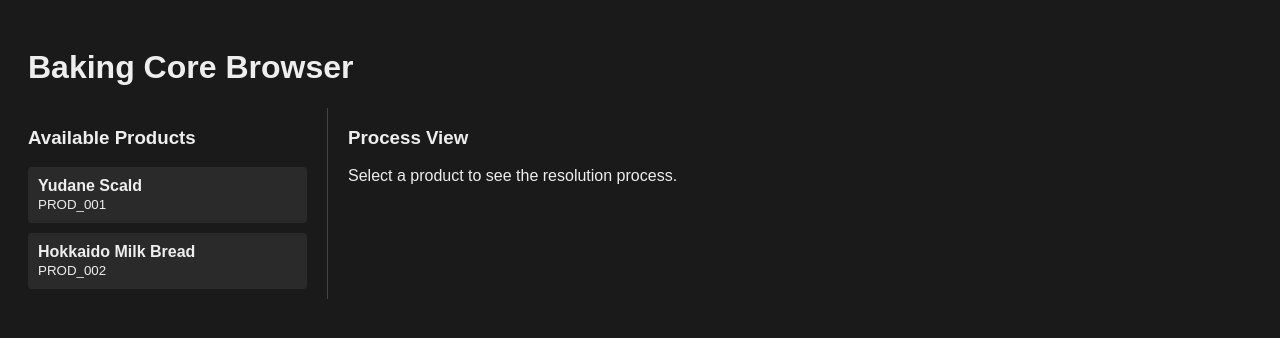
Repository: dkg11hu/baking-core
Page: index.html
The author's editor kept a copy of each file at every save. The page is drawn from the files as they stood at one save, then again after the next save.
The browser window is 1280 px wide. The pictures show the whole page.

Above is the page before, as saved 2026-01-01 19:23:04.

After the next save:
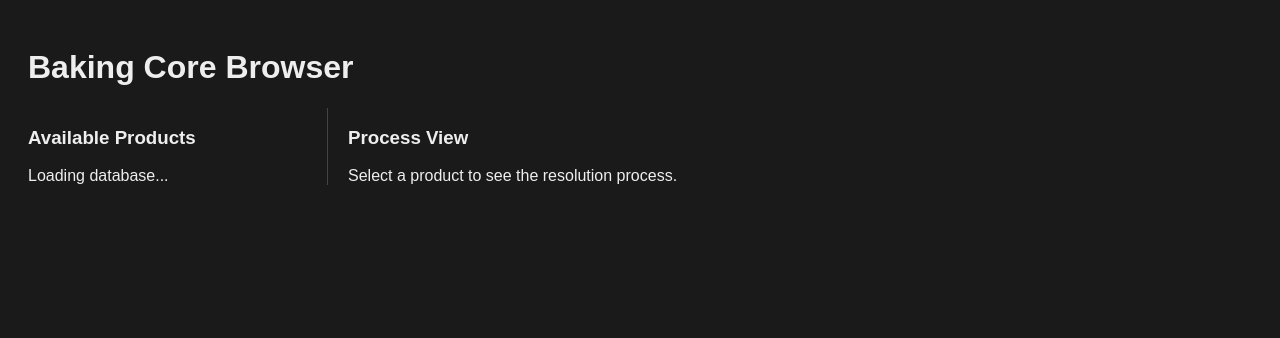
Console error: SyntaxError: Unexpected identifier 'resolveHierarchy'
Saved 3 min 19 s later.
--- a/src/Graph/Core/Resolver.mjs
+++ b/src/Graph/Core/Resolver.mjs
@@ -66,3 +66,31 @@ export class GraphResolver {
         }
     }
 }
+
+// src/Graph/Core/Resolver.mjs
+
+async resolveHierarchy(nodeId, targetValue) {
+    const item = this.schema.registry[nodeId] || this.schema.inventory[nodeId];
+    const behavior = this.schema.logic_behaviors[item.type];
+
+    // BASE CASE: Just the material
+    if (!behavior.recursive) {
+        return { id: nodeId, mass: targetValue, type: 'LEAF' };
+    }
+
+    // RECURSIVE CASE: The Process
+    const entityPath = `data/Store/Entities/${nodeId.toLowerCase()}.json`;
+    const entity = await this.loadJson(entityPath);
+    const fKey = this.schema.field_mapping.RELATIONAL_DATA;
+    const factor = Calculator.getScaleFactor(targetValue, entity[fKey]);
+
+    return {
+        id: nodeId,
+        mass: targetValue,
+        type: 'BRANCH',
+        // This is the "Series of Queries" branching out
+        children: await Promise.all(entity[fKey].map(async part => {
+            return await this.resolveHierarchy(part.id, part.pct * factor);
+        }))
+    };
+}

After the 2 saves that followed:
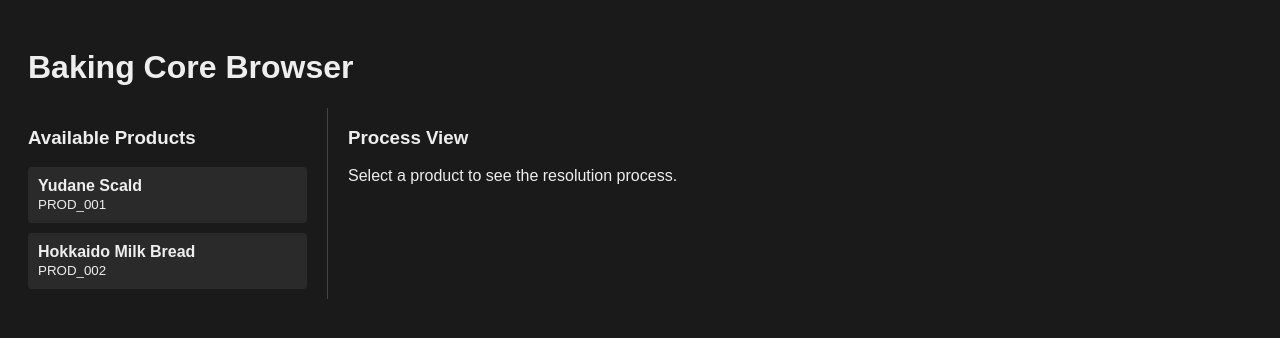
The error is gone.
The 2 saves are shown as one change because 1 left the picture as it was.
The last was saved 22 s later.
--- a/src/Graph/Core/Resolver.mjs
+++ b/src/Graph/Core/Resolver.mjs
@@ -66,31 +66,3 @@ export class GraphResolver {
         }
     }
 }
-
-// src/Graph/Core/Resolver.mjs
-
-async resolveHierarchy(nodeId, targetValue) {
-    const item = this.schema.registry[nodeId] || this.schema.inventory[nodeId];
-    const behavior = this.schema.logic_behaviors[item.type];
-
-    // BASE CASE: Just the material
-    if (!behavior.recursive) {
-        return { id: nodeId, mass: targetValue, type: 'LEAF' };
-    }
-
-    // RECURSIVE CASE: The Process
-    const entityPath = `data/Store/Entities/${nodeId.toLowerCase()}.json`;
-    const entity = await this.loadJson(entityPath);
-    const fKey = this.schema.field_mapping.RELATIONAL_DATA;
-    const factor = Calculator.getScaleFactor(targetValue, entity[fKey]);
-
-    return {
-        id: nodeId,
-        mass: targetValue,
-        type: 'BRANCH',
-        // This is the "Series of Queries" branching out
-        children: await Promise.all(entity[fKey].map(async part => {
-            return await this.resolveHierarchy(part.id, part.pct * factor);
-        }))
-    };
-}
